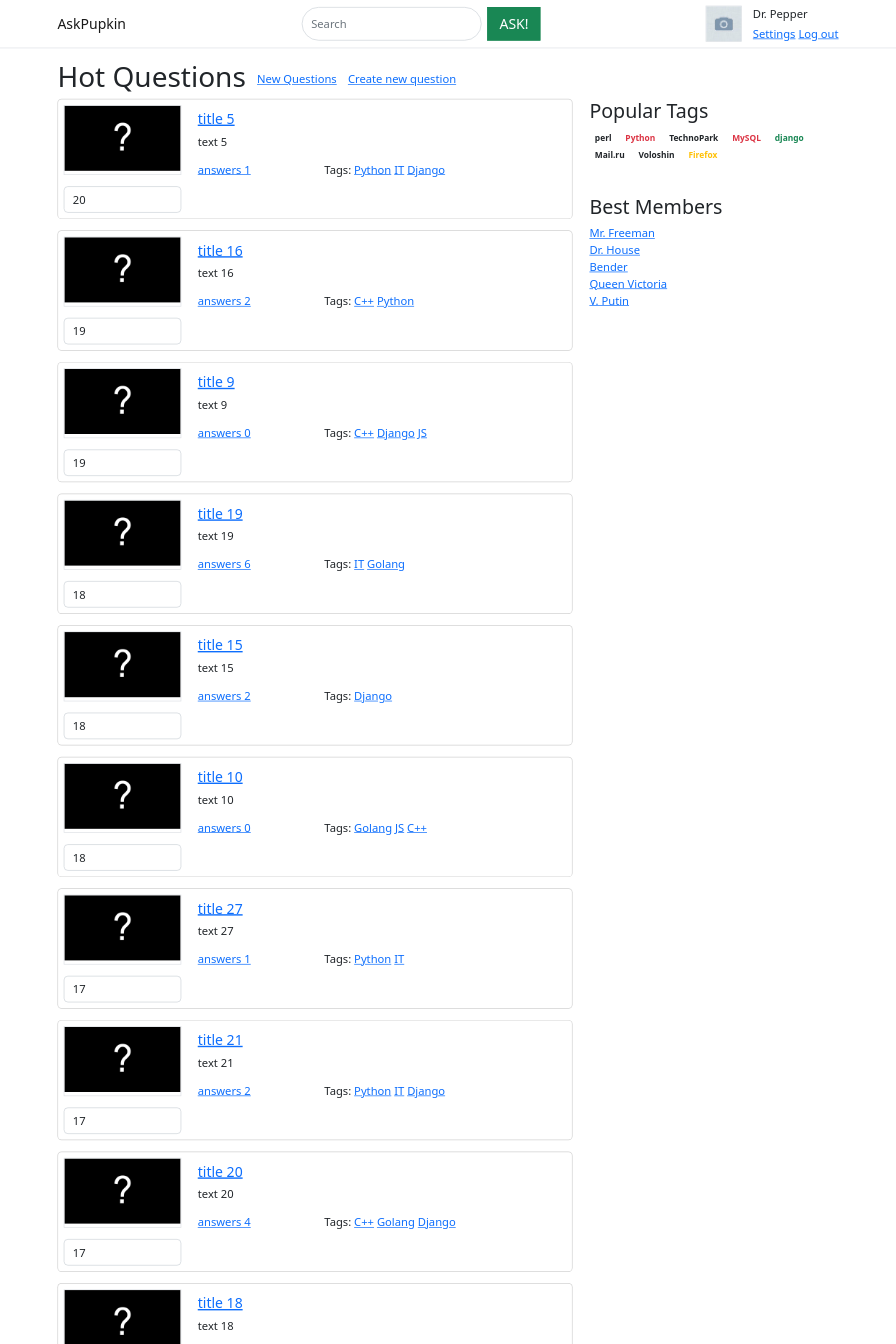
Repository: MiniDan21/askme_molchanov_django
Page: http://localhost/hot
The author's editor kept a copy of each file at every save. The page is drawn from the files as they stood at one save, then again after the next save.
The browser window is 1280 px wide. The pictures show the part of the page from y = 0 to 1920 px (the page is 5647 px tall before and 5947 px after), at 70% of full size.
The page is served by the project's application, run on Django 5.2 (manage.py).

Above is the page before, as saved 2024-04-09 18:32:15.

After the next save:
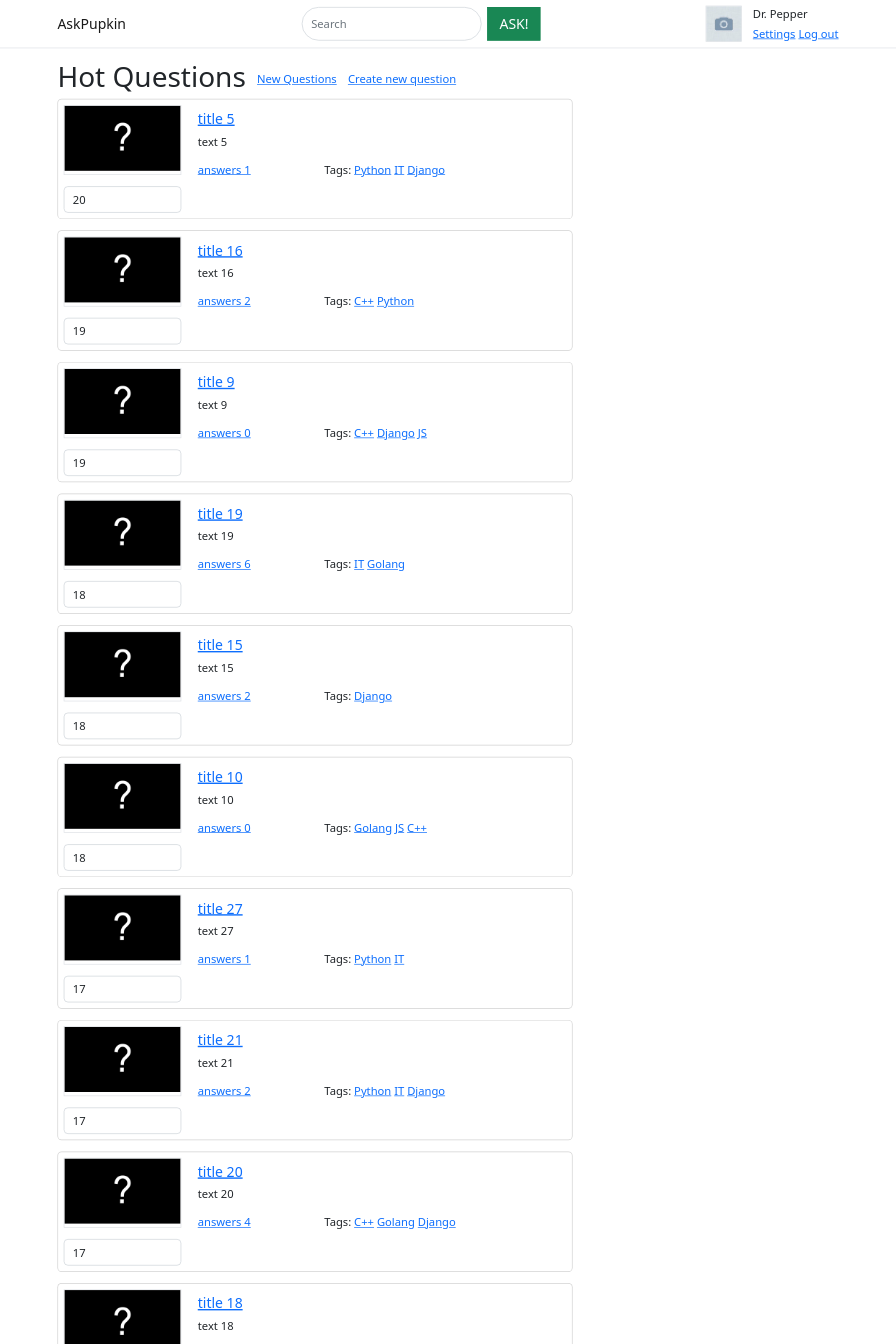
Saved 21 s later.
--- a/templates/hot.html
+++ b/templates/hot.html
@@ -6,56 +6,8 @@
         <a href="/">New Questions</a>
         <a href="/ask">Create new question</a>
       </div>
-      <div class="row">
-        <div class="col-8">
-          {% for question in questions %}
-          <article class="card mb-3 w-100">
-            <div class="row g-0">
-              <div class="col-3 p-2">
-                <div
-                  class="border w-100 mb-3 overflow-hidden"
-                  style="height: 100px"
-                >
-                  <img
-                    src="{{ question.avatar }}"
-                    class="img-fluid"
-                    alt="..."
-                  />
-                </div>
-                <div class="input-group flex-nowrap">
-                  <input
-                    type="number"
-                    value="{{ question.likes }}"
-                    class="form-control"
-                  />
-                </div>
-              </div>
-              <div class="col">
-                <div class="card-body">
-                  <h5 class="card-title">
-                    <a href="{% url "question" question.id %}">{{ question.title }}</a>
-                  </h5>
-                  <p class="card-text">
-                    {{ question.text }}
-                  </p>
-                  <div class="row">
-                    <a
-                      class="col-4"
-                      href="{% url "question" question.id %}"
-                    >{{ question.answers }}</a>
-                    <div class="col-8">
-                      <span>Tags:</span>
-                      {% for tag in question.tags %}
-                        <a href="{% url "tag" tag.name %}">{{ tag.name }}</a>
-                      {% endfor %}
-                    </div>
-                  </div>
-                </div>
-              </div>
-            </div>
-          </article>
-          {% endfor %}
-        {% include 'layouts/pagination.html' %}
-        {% include 'layouts/popular.html' %}
+      {% include 'layouts/question_list.html' %}
+      {% include 'layouts/pagination.html' %}
+      {% include 'layouts/popular.html' %}
 
     {% endblock %}
